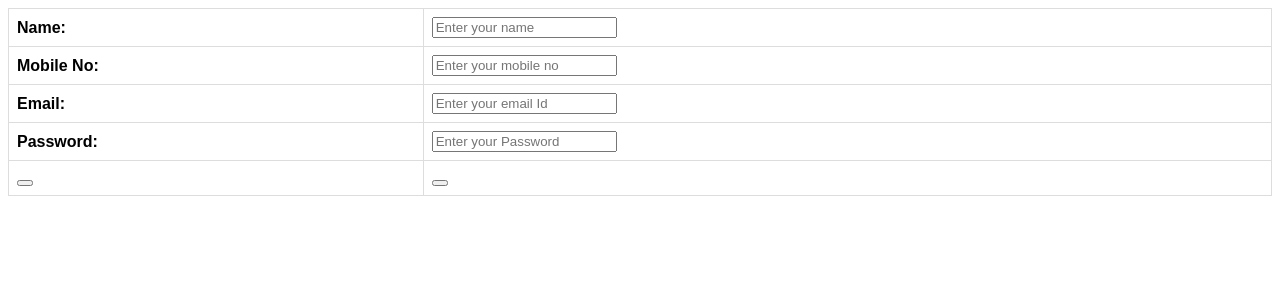
Repository: akki1071993/JavaServlet
Page: HttpServletFilterDemo/src/main/webapp/register.html
These files come from the project's save history. The page is drawn as it stood at one moment and after the next save; the edit follows.
The browser window is 1280 px wide. The pictures show the whole page.

Above is the page before, as saved 2022-06-15 09:50:26.

After the next save:
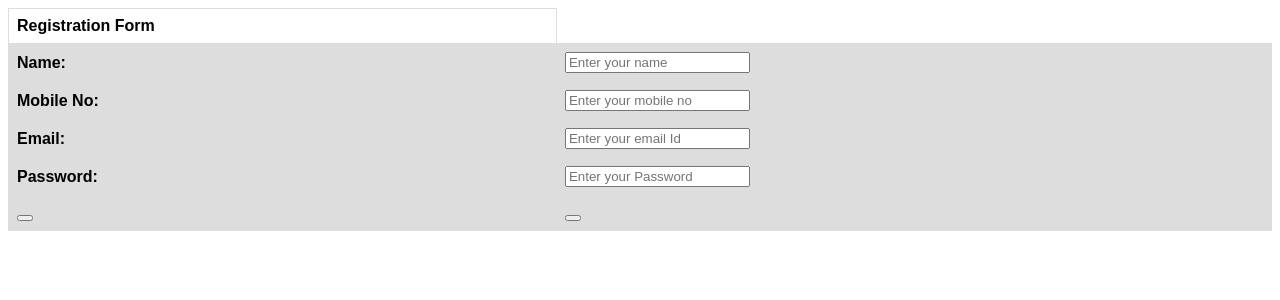
Saved 2 min 12 s later.
--- a/HttpServletFilterDemo/src/main/webapp/register.html
+++ b/HttpServletFilterDemo/src/main/webapp/register.html
@@ -9,6 +9,9 @@
 <body>
 	<form action="registration" method="post">
 		<Table>
+			<tr>
+				<th colspan="1">Registration Form</th>
+			</tr>
 			<tr>
 				<th>Name:</th>
 				<th><input type="text" name="name"
